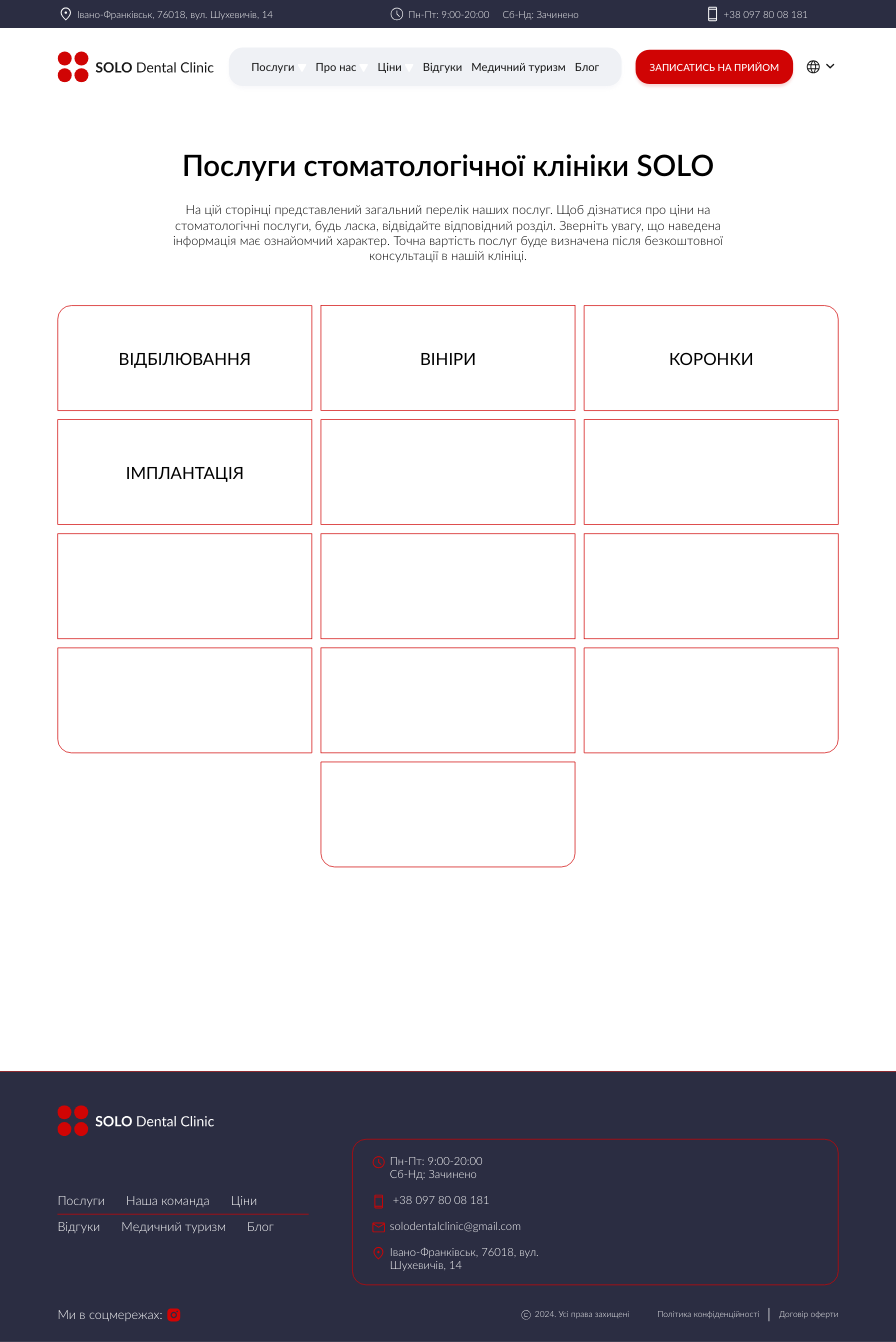
Repository: TarasDutchak/dental-clinic
Page: services.html
The author's editor kept a copy of each file at every save. The page is drawn from the files as they stood at one save, then again after the next save.
The browser window is 1280 px wide. The pictures show the whole page, at 70% of full size.
Pictures or frames that could not be fetched are drawn as grey boxes.

Above is the page before, as saved 2024-12-30 07:49:29.

After the next save:
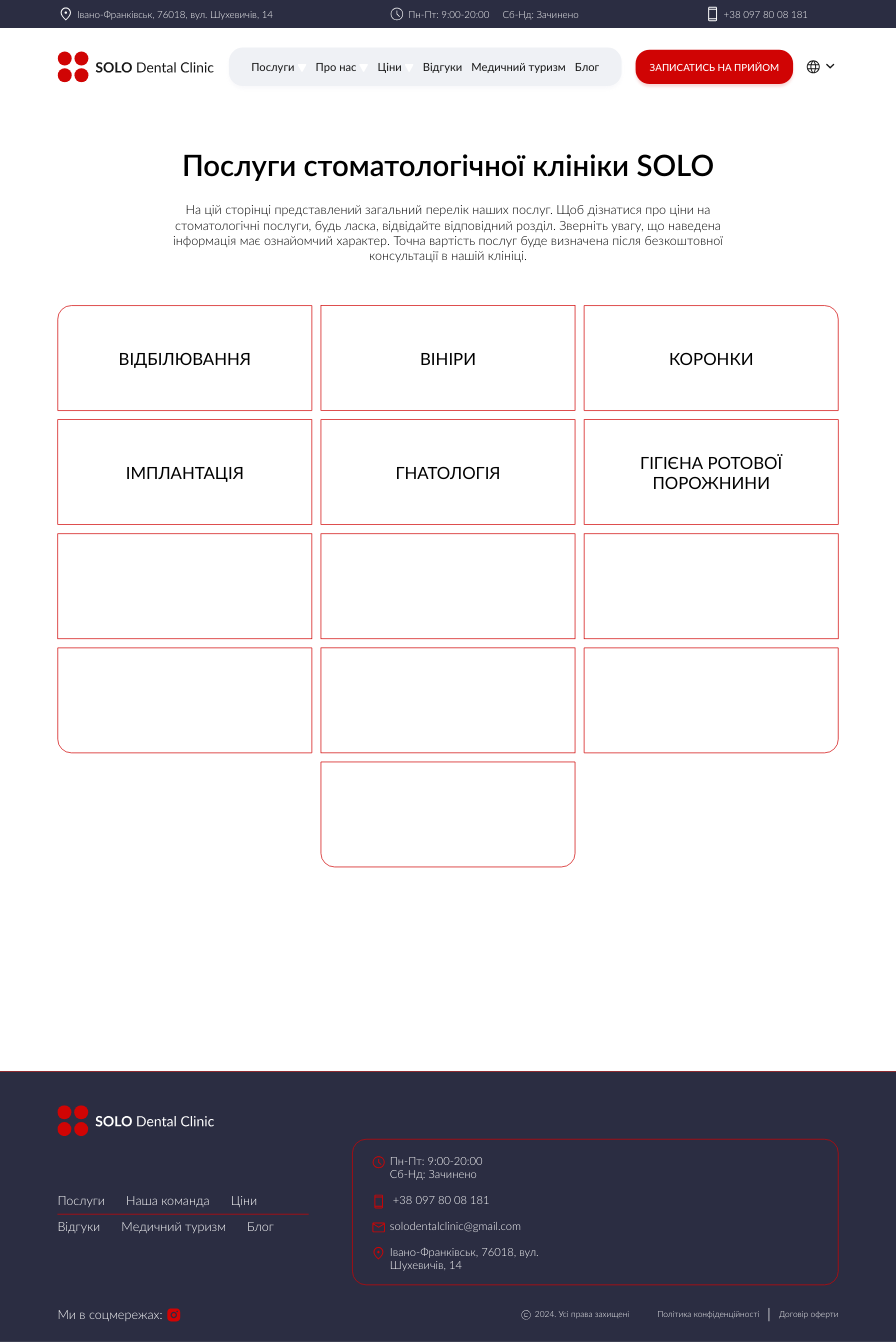
Saved 8 s later.
--- a/services.html
+++ b/services.html
@@ -166,8 +166,10 @@
                     <a href="#" class="service-item">вініри</a>
                     <a href="#" class="service-item">коронки</a>
                     <a href="#" class="service-item">імплантація</a>
-                    <a href="#" class="service-item"></a>
-                    <a href="#" class="service-item"></a>
+                    <a href="#" class="service-item">гнатологія</a>
+                    <a href="#" class="service-item">
+                        гігієна ротової порожнини
+                    </a>
                     <a href="#" class="service-item"></a>
                     <a href="#" class="service-item"></a>
                     <a href="#" class="service-item"></a>
